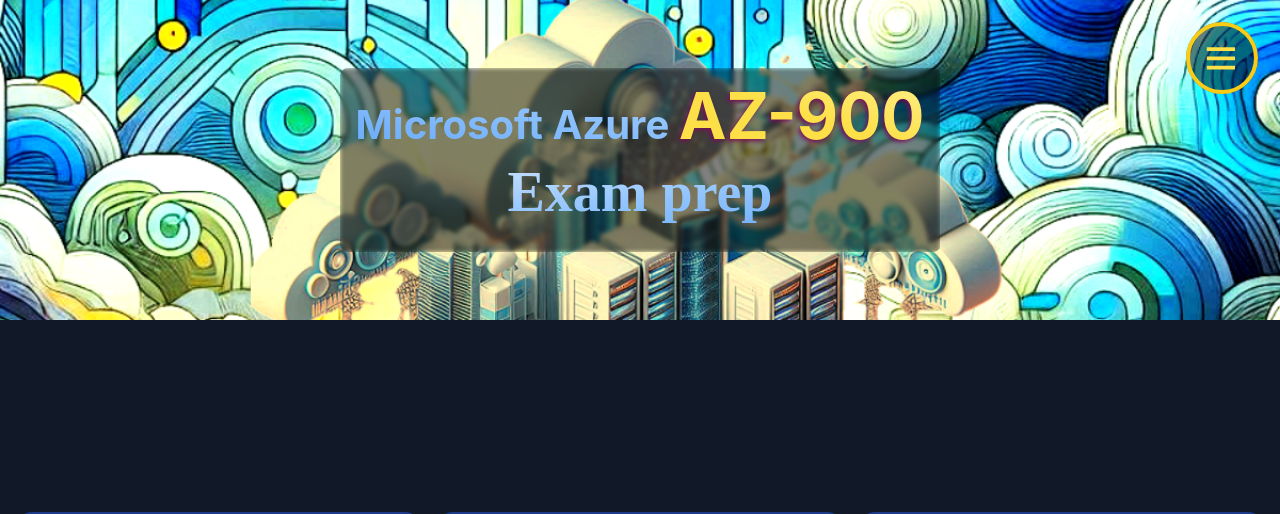
Repository: Freezler/az-900_svelte5
Page: /
An editor plug-in stored every save of this project. The page is shown before and after the next save, followed by the edit.
The browser window is 1280 px wide. The pictures show the part of the page from y = 0 to 514 px (the page is 1870 px tall).
Pictures or frames that could not be fetched are drawn as grey boxes. The project was rebuilt for these pictures with package versions that can differ from the ones it lists, and the page was loaded fresh each time. The framework's server and built-in components were replaced by stand-ins that run in the browser. Also part of the build but not shown: vite.config.ts.

Above is the page before, as saved 2024-11-06 17:07:51.

After the next save:
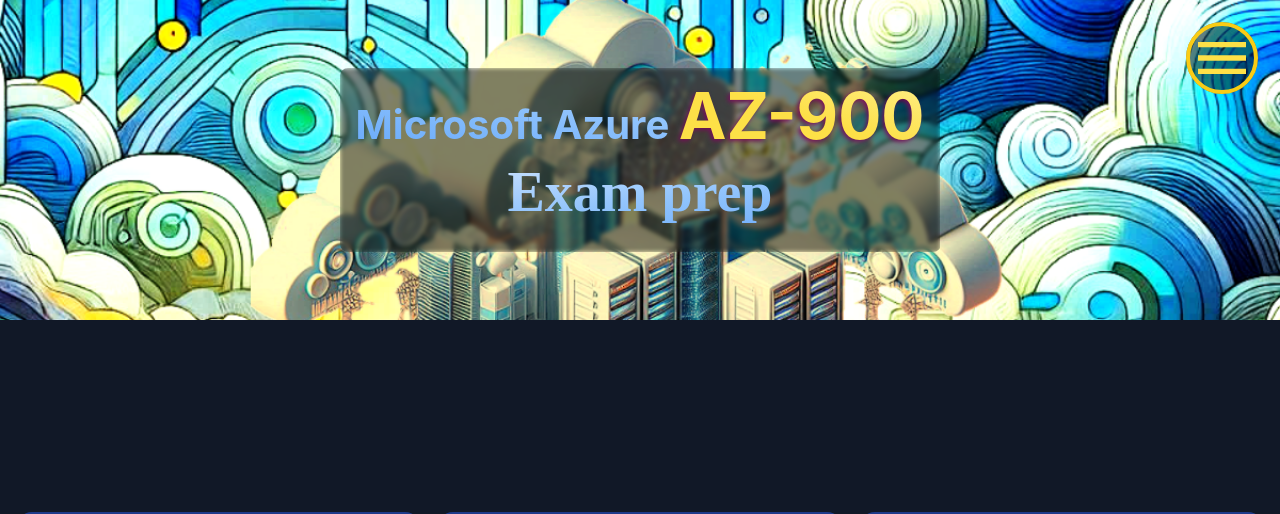
Saved 103 s later.
--- a/src/components/Popover.svelte
+++ b/src/components/Popover.svelte
@@ -34,42 +34,42 @@
 </script>
 
 <button
-	on:click={toggle}
-	type="button"
-	tabindex="0"
-	class="z-100 fixed right-0 top-0 m-[22px] size-[72px] rounded-full border-4 border-yellow-400 text-yellow-300 backdrop-brightness-[.50] transition-all hover:bg-[hsl(210,55%,8%,0.4)] "
-	aria-expanded={isMenuOpen}
-	aria-controls="menu"
-	aria-label="open menu"
-	aria-roledescription="button"
+  on:click={toggle}
+  type="button"
+  tabindex="0"
+  class="z-100 fixed right-0 top-0 m-[22px] size-[72px] rounded-full border-4 border-yellow-400 text-yellow-300 backdrop-brightness-[.50] transition-all hover:bg-[hsl(210,55%,8%,0.4)] flex items-center justify-center"
+  aria-expanded={isMenuOpen}
+  aria-controls="menu"
+  aria-label="open menu"
+  aria-roledescription="button"
 >
-	{#if !isMenuOpen}
-		<svg
-			xmlns="http://www.w3.org/2000/svg"
-			width="2.8rem"
-			height="2.8rem"
-			viewBox="0 0 12 24"
-			{...$$props}
-			><path
-				fill="currentColor"
-				d="M3 18h18v-2H3zm0-5h18v-2H3zm0-7v2h18V6z"
-				class="pointer-events-auto "
-			/></svg
-		>
-	{:else}
-		<svg
-			xmlns="http://www.w3.org/2000/svg"
-			width="2.8rem"
-			height="2.8rem"
-			viewBox="0 0 14 24"
-			{...$$props}
-			><path
-				fill="currentColor"
-				d="M19 6.41L17.59 5L12 10.59L6.41 5L5 6.41L10.59 12L5 17.59L6.41 19L12 13.41L17.59 19L19 17.59L13.41 12z"
-				class="pointer-events-auto"
-			/></svg
-		>
-	{/if}
+  {#if !isMenuOpen}
+    <svg
+      xmlns="http://www.w3.org/2000/svg"
+      width="100%"
+      height="100%"
+      viewBox="0 0 24 24"
+      {...$$props}
+    >
+      <path
+        fill="currentColor"
+        d="M3 18h18v-2H3zm0-5h18v-2H3zm0-7v2h18V6z"
+      />
+    </svg>
+  {:else}
+    <svg
+      xmlns="http://www.w3.org/2000/svg"
+      width="100%"
+      height="100%"
+      viewBox="0 0 24 24"
+      {...$$props}
+    >
+      <path
+        fill="currentColor"
+        d="M19 6.41L17.59 5L12 10.59L6.41 5L5 6.41L10.59 12L5 17.59L6.41 19L12 13.41L17.59 19L19 17.59L13.41 12z"
+      />
+    </svg>
+  {/if}
 </button>
 
 {#if isMenuOpen}
